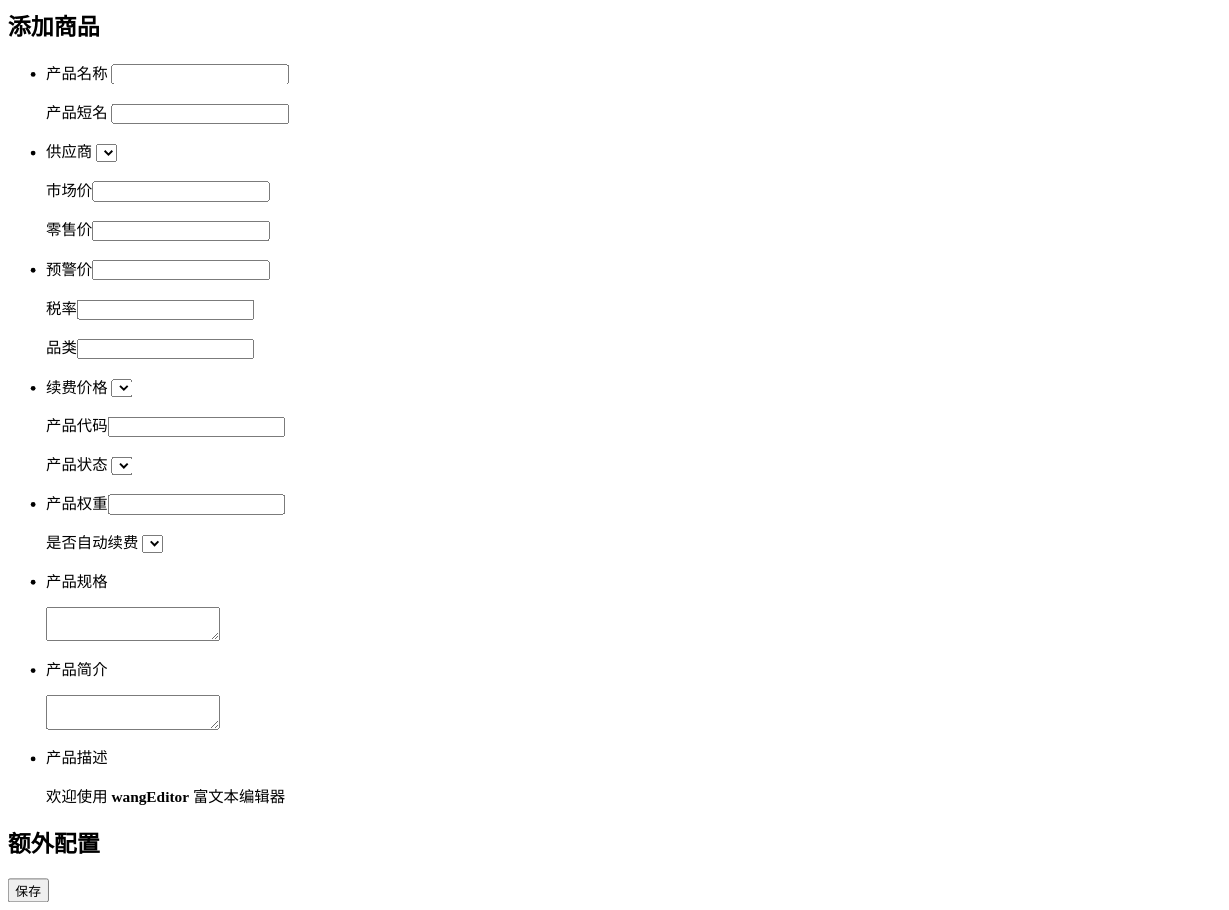
Repository: wangyan466393/racentSystem
Page: addProduct.html
An editor plug-in stored every save of this project. The page is shown before and after the next save, followed by the edit.
The browser window is 1280 px wide. The pictures show the whole page, at 96% of full size.

Above is the page before, as saved 2020-08-19 21:36:20.

### addProduct.html
<div id="content_box">
    <h2>添加商品</h2>
    <div class="config_box">
        <div class="price_content">
            <ul>
                <li>
                    <p>
                        <span>产品名称</span>
                        <input type="text" >
                    </p>
                    <p>
                        <span>产品短名</span>
                        <input type="text" >
                    </p>

                </li>
                <li>
                    <p>
                        <span>供应商</span>
                        <select name="" id="" class="sel">
                            <option value=""></option>
                        </select>
                    </p>
                    <p>
                        <span>市场价</span><input type="number" >
                    </p>
                    <p>
                        <span>零售价</span><input type="number" >
                    </p>
                </li>
                <li>
                    <p>
                        <span>预警价</span><input type="number" >
                    </p>
                    <p>
                        <span>税率</span><input type="number" >
                    </p>
                    <p>
                        <span>品类</span><input type="text" >
                    </p>
                </li>
                <li>
                    <p>
                        <span>续费价格</span>
                        <select name="" id="" class="sel">
                            <option value=""></option>
                        </select>
                    </p>
                    <p>
                        <span>产品代码</span><input type="text" >
                    </p>
                    <p>
                        <span>产品状态</span>
                        <select name="" id="" class="sel">
                            <option value=""></option>
                        </select>
                    </p>
                </li>
                <li>

                    <p>
                        <span>产品权重</span><input type="text">
                    </p>
                    <p>
                        <span>是否自动续费</span>
                        <select name="" id="" class="sel">
                            <option value=""></option>
                        </select>
                    </p>
                </li>
                <li>
                    <p> <span>产品规格</span></p>
                    <textarea class="e_content description"></textarea>
                </li>
                <li>
                    <p> <span>产品简介</span></p>
                    <textarea class="e_content description"></textarea>

                </li>
                <li>
                    <p> <span>产品描述</span></p>
                    <div id="editor" style="width: 100%;">
                        <p>欢迎使用 <b>wangEditor</b> 富文本编辑器</p>
                    </div>

                </li>
            </ul>
        </div>
    </div>

    <h2>额外配置</h2>

</div>
<div class="email_back_btn">
    <button type="button">保存</button>
</div>

After the next save:
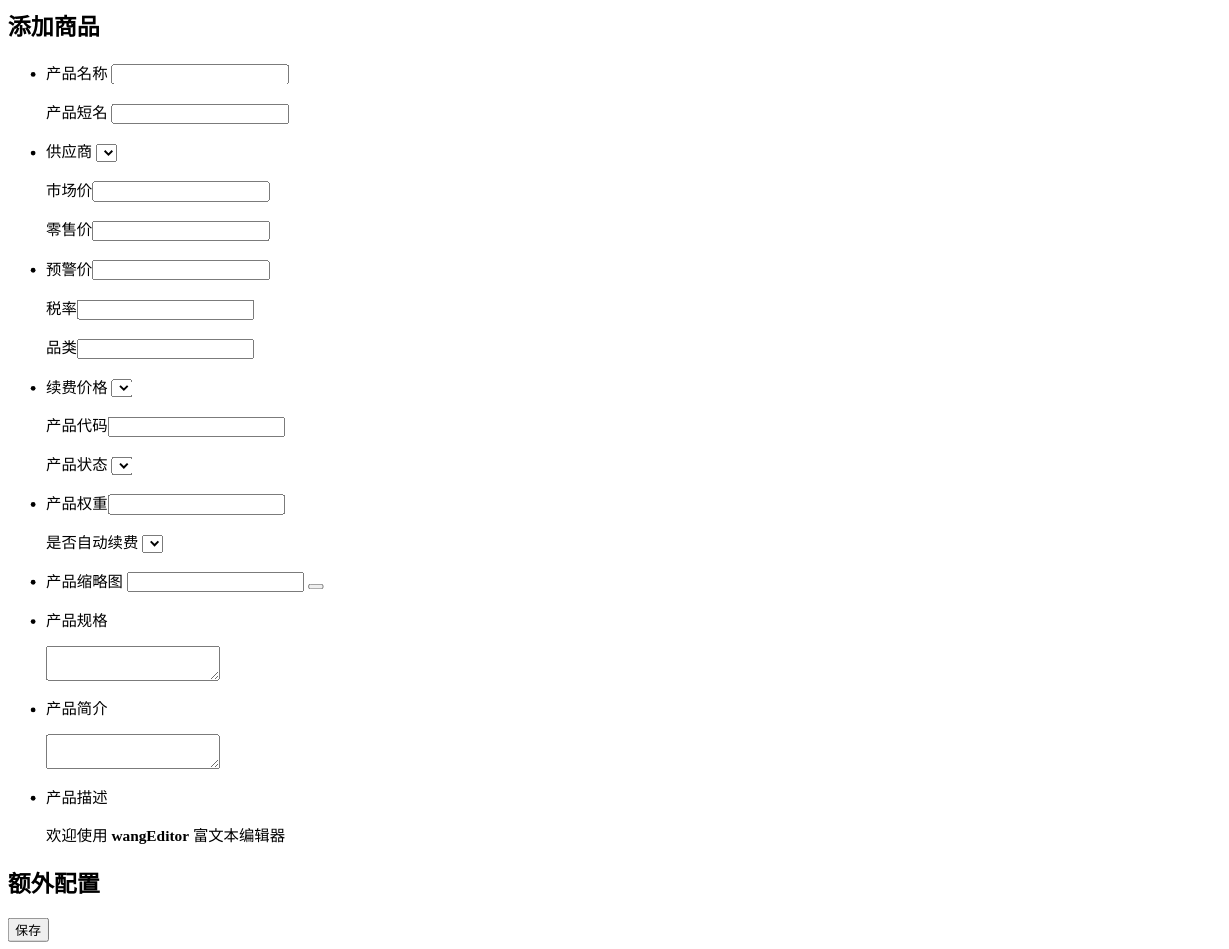
Saved 17 s later.
--- a/addProduct.html
+++ b/addProduct.html
@@ -69,6 +69,17 @@
                     </p>
                 </li>
                 <li>
+                    <p class="thumb_box">
+                        <span>产品缩略图</span>
+                        <label class="input_group">
+                            <input type="text" class="form-control">
+                            <span class="input-group-btn">
+                                <button type="button" class="btn"></button>
+                            </span>
+                        </label>
+                    </p>
+                </li>
+                <li>
                     <p> <span>产品规格</span></p>
                     <textarea class="e_content description"></textarea>
                 </li>
